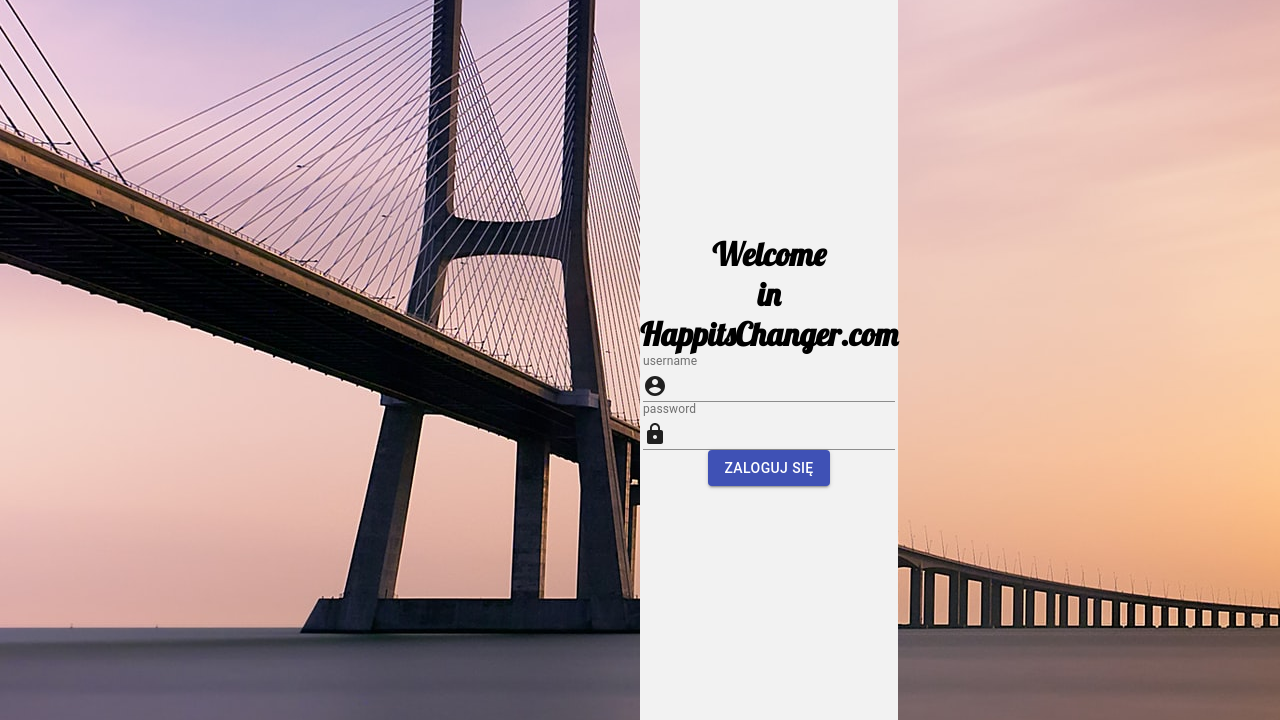
Repository: pgruca96/HappitsChanger
Page: /
These files come from the project's save history. The page is drawn as it stood at one moment and after the next save; the edit follows.
The browser window is 1280 px wide. The pictures show the whole page.
The project was rebuilt for these pictures with package versions that can differ from the ones it lists, and the page was loaded fresh each time.

Above is the page before, as saved 2020-10-25 15:39:46.

After the next save:
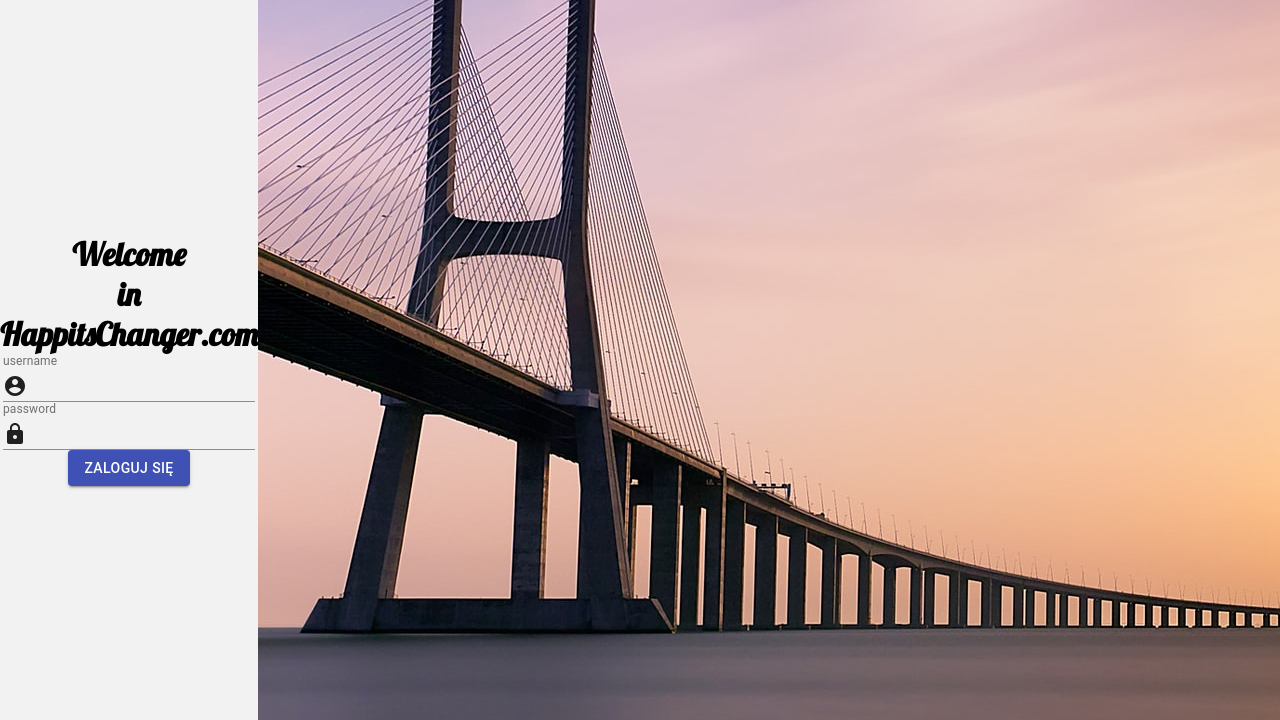
Saved 116 s later.
--- a/src/containers/loginPage/index.js
+++ b/src/containers/loginPage/index.js
@@ -6,13 +6,15 @@
 const LoginPage = () => {
   return (
     // <Grid container>
-    <Grid container>
-      <LoginPageContainer>
+
+    <LoginPageContainer>
+      <Grid container>
         <Grid item container xs={12} md={6}>
           <LoginForm />
         </Grid>
-      </LoginPageContainer>
-    </Grid>
+      </Grid>
+    </LoginPageContainer>
+
     // </Grid>
   );
 };
